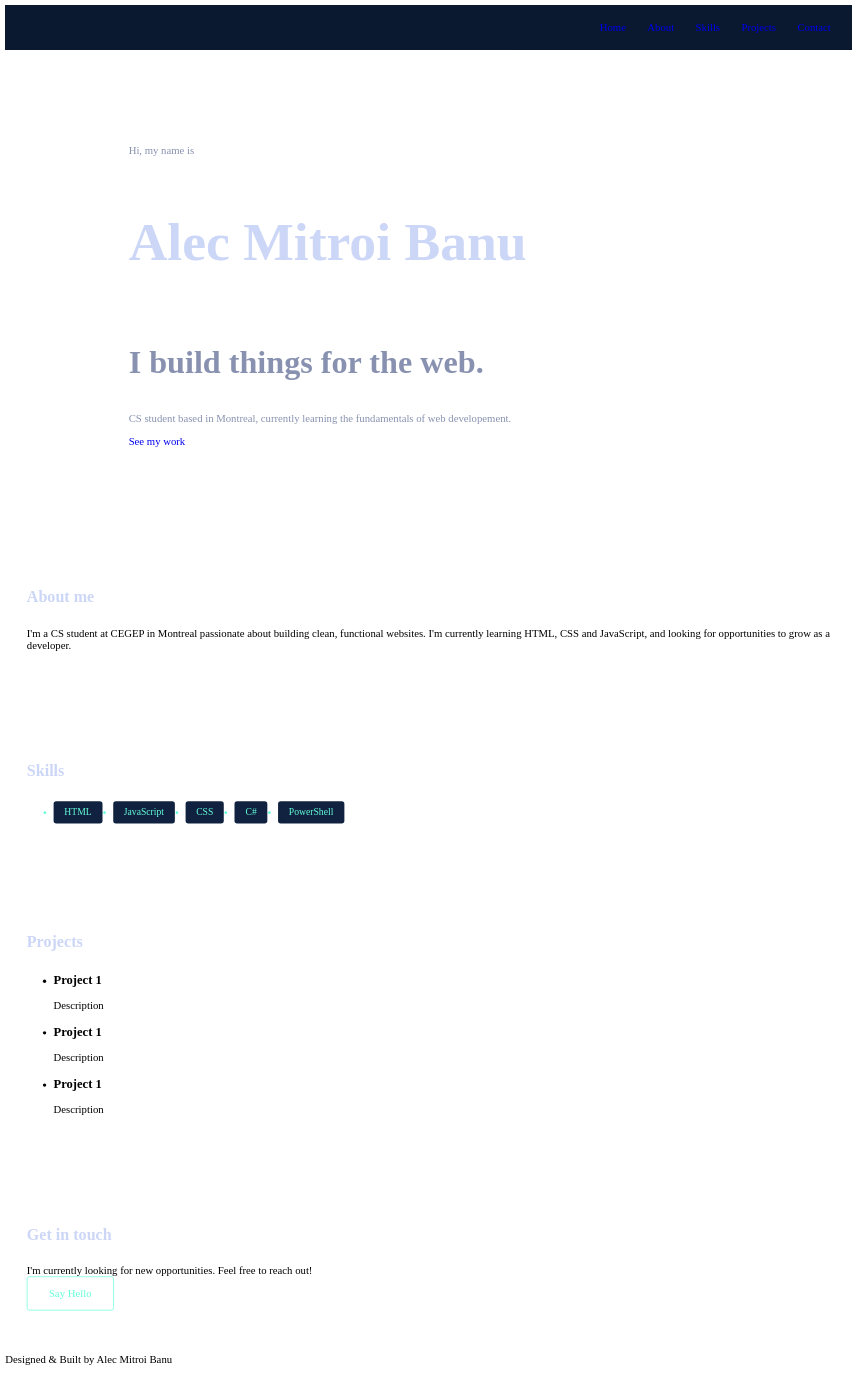
Repository: Alec-Banu/Alec-Banu
Page: index.html
These files come from the project's save history. The page is drawn as it stood at one moment and after the next save; the edit follows.
The browser window is 1280 px wide. The pictures show the whole page, at 67% of full size.

Above is the page before, as saved 2026-05-04 12:56:35.

### index.html
<!doctype html>
<html lang="en">
  <head>
    <meta charset="UTF-8" />
    <meta name="viewport" content="width=device-width, initial-scale=1.0" />
    <title>Alec Mitroi Banu</title>
    <link rel="stylesheet" href="./styles/globals.css" />
    <link rel="stylesheet" href="./styles/index.css" />
  </head>
  <body>
    <!-- Nav  -->
    <header>
      <nav>
        <a href="#hero">Home</a>
        <a href="#about">About</a>
        <a href="#skills">Skills</a>
        <a href="#projects">Projects</a>
        <a href="#contact">Contact</a>
      </nav>
    </header>

    <!-- Hero  -->

    <main>
      <section id="hero">
        <p>Hi, my name is</p>
        <h1>Alec Mitroi Banu</h1>
        <h2>I build things for the web.</h2>
        <p>
          CS student based in Montreal, currently learning the fundamentals of
          web developement.
        </p>
        <a href="#projects">See my work</a>
      </section>

      <!-- About  -->
      <section id="about">
        <h2>About me</h2>
        <p>
          I'm a CS student at CEGEP in Montreal passionate about building clean,
          functional websites. I'm currently learning HTML, CSS and JavaScript,
          and looking for opportunities to grow as a developer.
        </p>
      </section>

      <!-- Skills  -->
      <section id="skills">
        <h2>Skills</h2>
        <ul>
          <li>HTML</li>
          <li>JavaScript</li>
          <li>CSS</li>
          <li>C#</li>
          <li>PowerShell</li>
        </ul>
      </section>

      <!-- Projects -->
      <section id="projects">
        <h2>Projects</h2>
        <ul class="cards">
          <li>
            <article class="project-card">
              <h3>Project 1</h3>
              <p>Description</p>
            </article>
          </li>
          <li>
            <article class="project-card">
              <h3>Project 1</h3>
              <p>Description</p>
            </article>
          </li>
          <li>
            <article class="project-card">
              <h3>Project 1</h3>
              <p>Description</p>
            </article>
          </li>
        </ul>
      </section>

      <!-- Contact -->
      <section id="contact">
        <h2>Get in touch</h2>
        <p>
          I'm currently looking for new opportunities. Feel free to reach out!
        </p>
        <a href="mailto:alecbanu@yahoo.com">Say Hello</a>
      </section>
    </main>
    <footer>
      <p>Designed & Built by Alec Mitroi Banu</p>
    </footer>
  </body>
</html>

### styles/index.css
a{
    text-decoration: none;
}

nav {
  display: flex;
  gap: 2rem;
  padding: 1.5rem 2rem;
  justify-content: flex-end;
  position: sticky;
  top: 0;
  background-color: #0a192f;
}

#hero {
  min-height: 100vh;
  display: flex;
  flex-direction: column;
  justify-content: center;
  padding: 0 2rem;
  max-width: 56rem;
  margin: 0 auto;

  h1 {
    font-size: 2rem;
    color: #ccd6f6;
  }
  h2 {
    font-size: 1.5rem;
    color: #8892b0;
  }
  p {
    color: #8892b0;
    margin: 1rem 0;
  }
}

section {
  padding: 4rem 2rem;

  h2 {
    font-size: 1.5rem;
    margin-bottom: 2rem;
    color: #ccd6f6;
  }
}

#skills {
  ul {
    display: flex;
    flex-wrap: wrap;
    gap: 1rem;
  }
  li {
    background-color: #112240;
    color: #64ffda;
    padding: 0.5rem 1rem;
    border-radius: 0.25rem;
    font-size: 0.9rem;
  }
}

#projects {
}

#contact {
  a {
    border: 0.1rem solid #64ffda;
    color: #64ffda;
    padding: 1rem 2rem;
    border-radius: 0.25rem;
  }
  a:hover {
    background-color: #64ffda1a;
    text-decoration: none;
  }
}

/* Tablet */

@media (min-width: 768px) {
  #hero h1 {
    font-size: 3.5rem;
  }
  #hero h2 {
    font-size: 2.5rem;
  }
}

/* Desktop */

@media (min-width: 1024px) {
  #hero h1 {
    font-size: 5rem;
  }
  #hero h2 {
    font-size: 3rem;
  }
}

Loaded but not shown: styles/globals.css (no stored copy; drawn as an empty file)

After the next save:
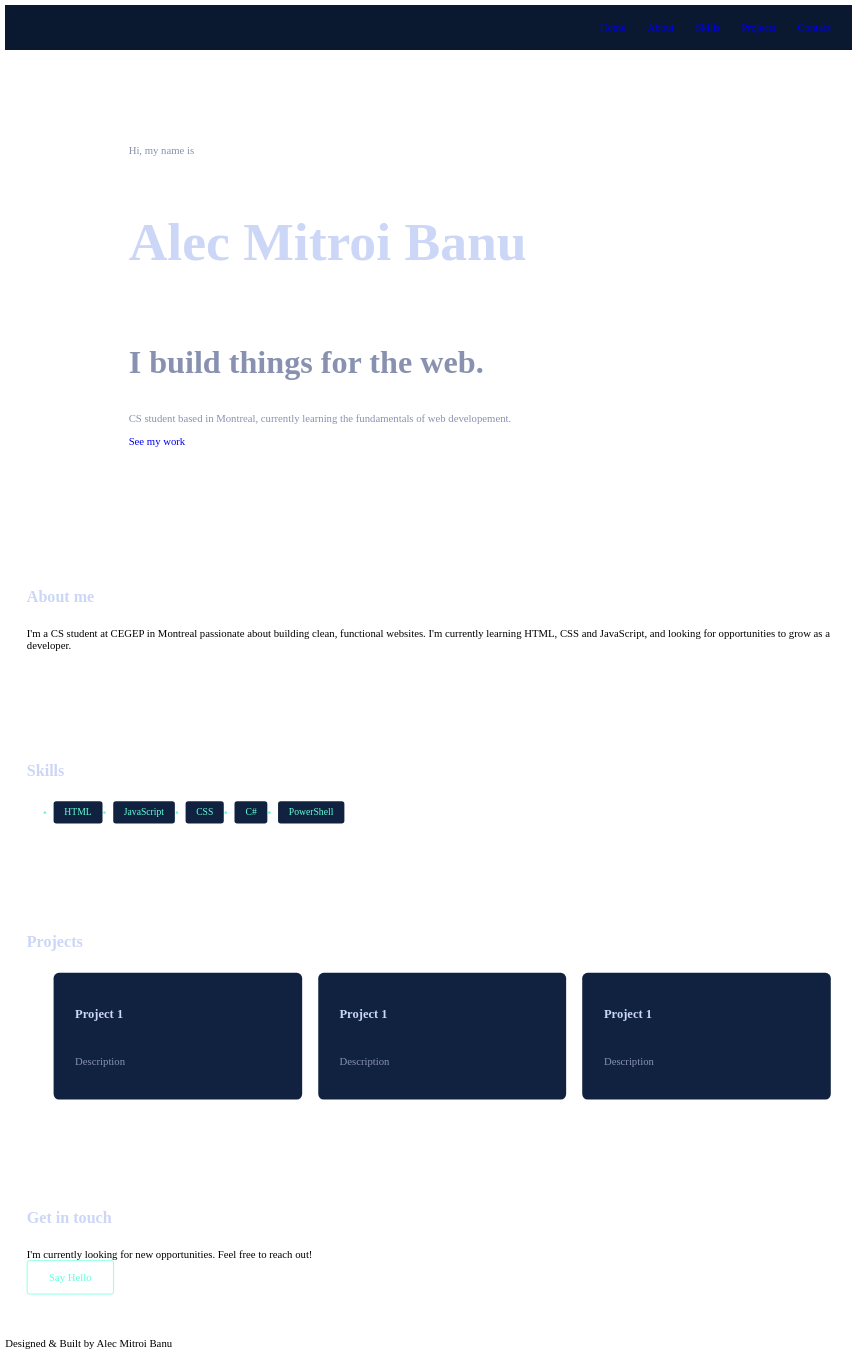
Saved 7 min 3 s later.
--- a/styles/index.css
+++ b/styles/index.css
@@ -61,6 +61,27 @@ section {
 }
 
 #projects {
+  .cards{
+    display: grid;
+    grid-template-columns: 1fr;
+    gap: 1.5rem;
+  list-style: none;
+  }
+  .project-card{
+    background-color: #112240;
+    padding: 2rem;
+    border-radius: 0.5rem;
+    display: flex;
+    flex-direction: column;
+    gap: 1rem;
+
+    h3{
+      color: #ccd6f6;
+    }
+    p{
+      color: #8892b0;
+    }
+  }
 }
 
 #contact {
@@ -85,6 +106,9 @@ section {
   #hero h2 {
     font-size: 2.5rem;
   }
+  #projects .cards{
+    grid-template-columns: 1fr 1fr;
+  }
 }
 
 /* Desktop */
@@ -96,4 +120,7 @@ section {
   #hero h2 {
     font-size: 3rem;
   }
+  #projects .cards{
+    grid-template-columns: 1fr 1fr 1fr;
+  }
 }
